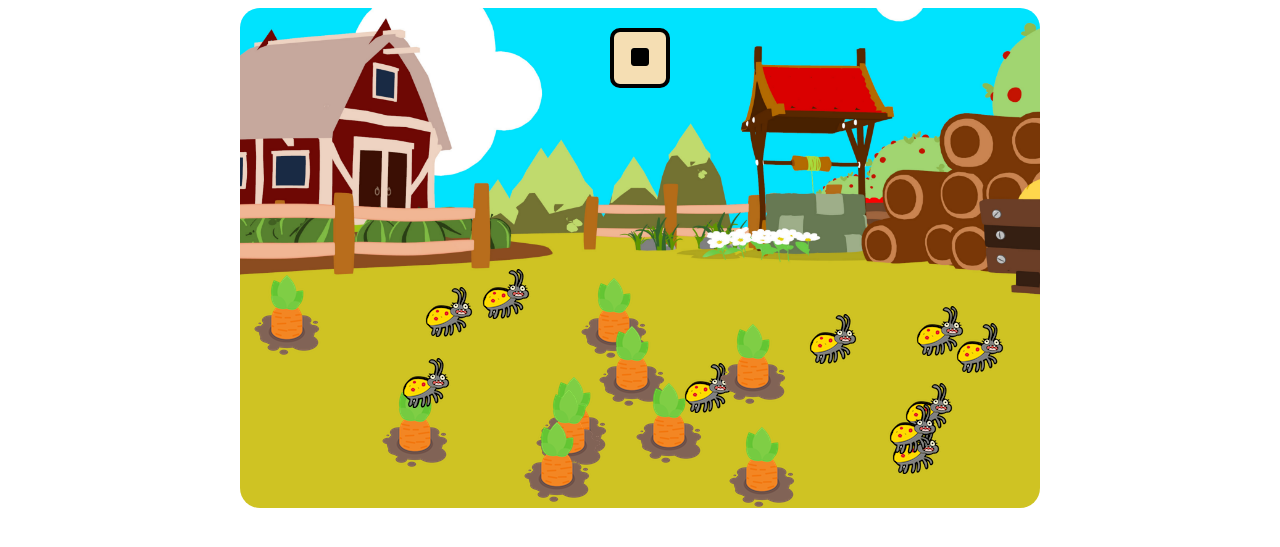
Repository: rladpwl0512/dreamcoding_browser101
Page: (7) catch-carrot-game/catch carrot_refactoring/index.html
These files come from the project's save history. The page is drawn as it stood at one moment and after the next save; the edit follows.
The browser window is 1280 px wide. The pictures show the whole page.
After loading, the first visible `button.game_button` was clicked once.
Some web libraries are served in a nearby version.

Above is the page before, as saved 2021-10-08 01:15:04.

After the next save:
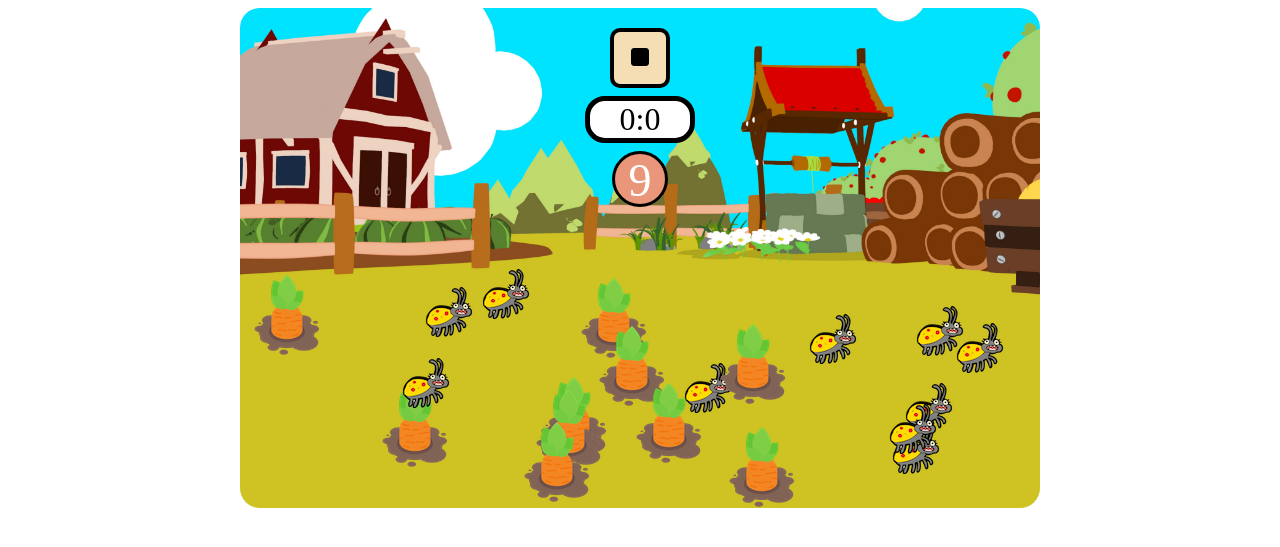
Saved 49 s later.
--- a/(7) catch-carrot-game/catch carrot_refactoring/main.js
+++ b/(7) catch-carrot-game/catch carrot_refactoring/main.js
@@ -25,6 +25,7 @@ gameBtn.addEventListener('click', () => {
 function startGame() {
   initGame();
   showStopButton(); //stop button 보여짐
+  showTimerAndScore();
 }
 function stopGame() {
 
@@ -33,6 +34,11 @@ function showStopButton() {
   const icon = gameBtn.querySelector('.fa-play');
   icon.classList.add('fa-stop');
   icon.classList.remove('fa-play');
+}
+
+function showTimerAndScore() {
+  gameTimer.style.visibility = 'visible';
+  gameScore.style.visibility = 'visible';
 }
 
 function initGame() {
